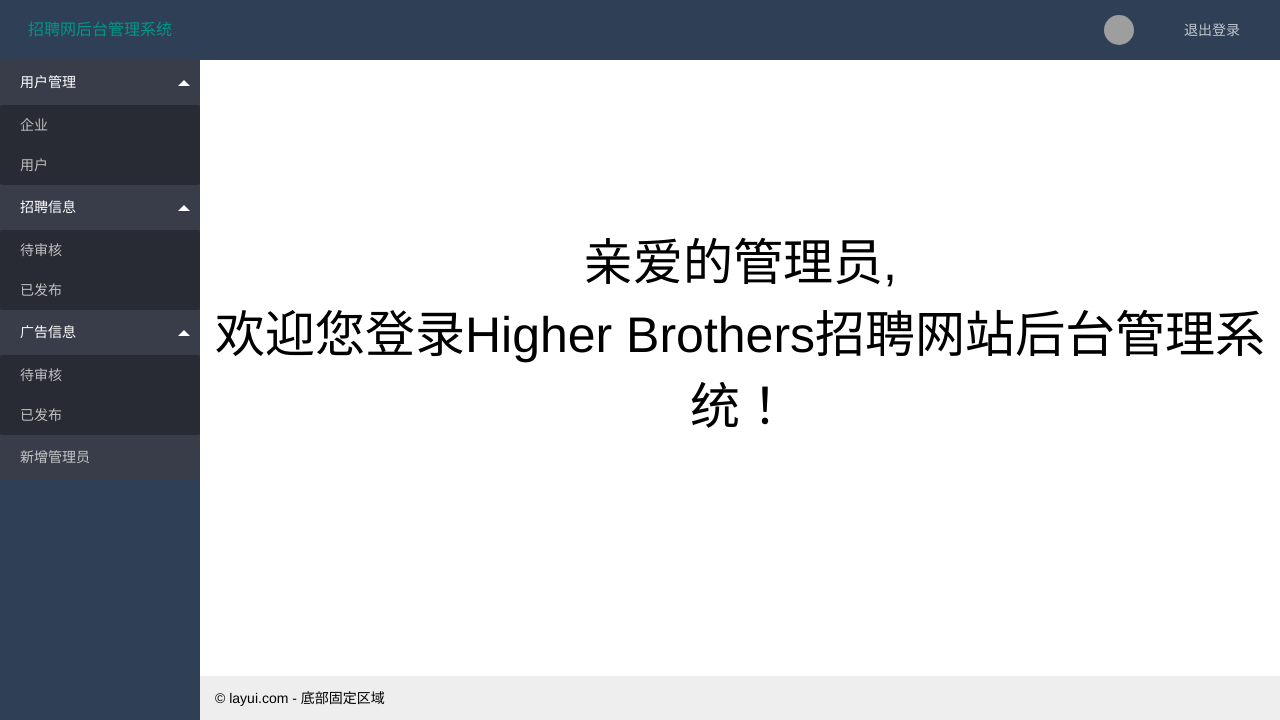
Repository: LongJinhe-coder/java-web-
Page: http://localhost/projectDemo7.30/adminhome.jsp
These files come from the project's save history. The page is drawn as it stood at one moment and after the next save; the edit follows.
The browser window is 1280 px wide. The pictures show the whole page.
Pictures or frames that could not be fetched are drawn as grey boxes. The page is served by Tomcat 9.

Above is the page before, as saved 2020-07-30 06:41:59.

After the next save:
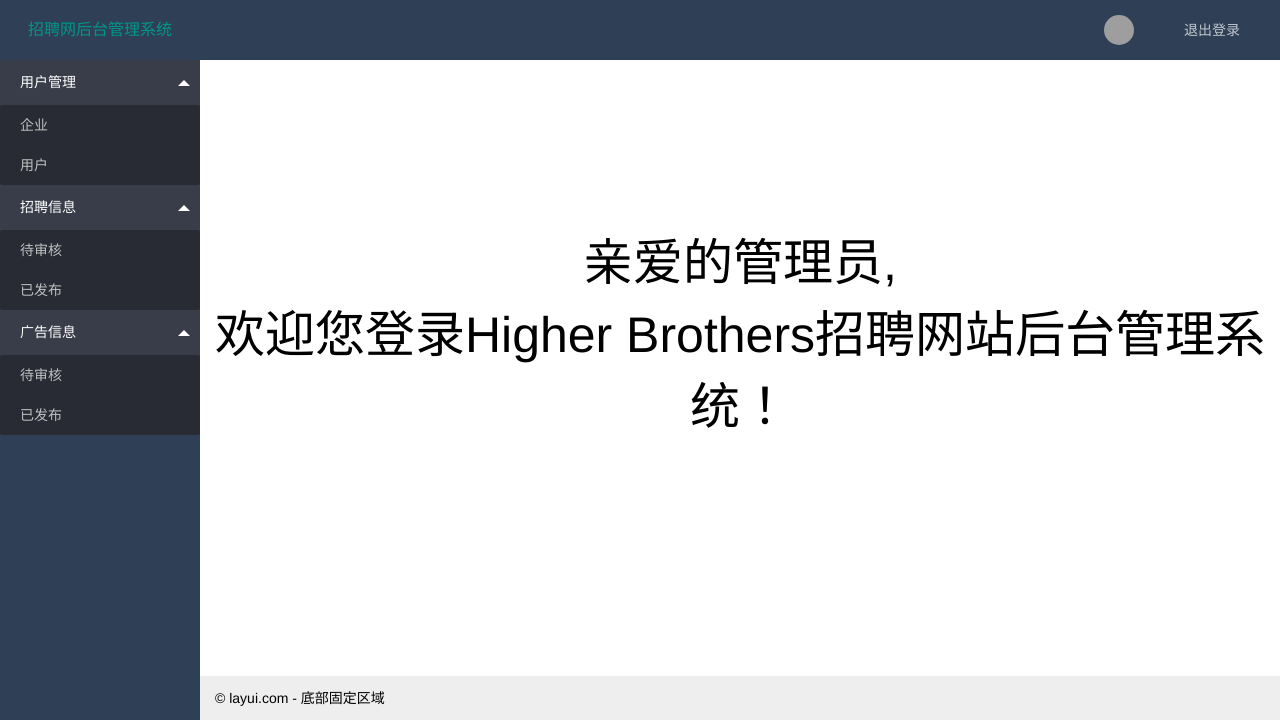
Saved 6 s later.
--- a/MyEclipse CI/projectDemo7.30/WebRoot/adminhome.jsp
+++ b/MyEclipse CI/projectDemo7.30/WebRoot/adminhome.jsp
@@ -74,7 +74,6 @@
         <c:if test="${adminname eq '龙金河'}">
       	<li class="layui-nav-item"><a href="javascript:changeUrl('addAdmin.jsp')">新增管理员</a></li>
 		</c:if>
-        <li class="layui-nav-item"><a href="javascript:changeUrl('addAdmin.jsp')">新增管理员</a></li>
       </ul>
 
     </div>
